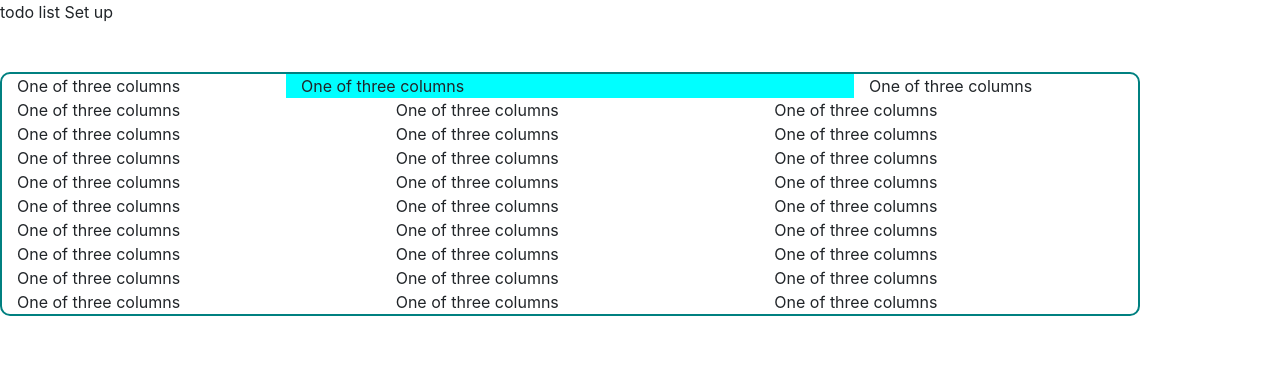
Repository: kkyler24/DayPlanner
Page: Index.html
The author's editor kept a copy of each file at every save. The page is drawn from the files as they stood at one save, then again after the next save.
The browser window is 1280 px wide. The pictures show the whole page.
Some web libraries are served in a nearby version.

Above is the page before, as saved 2020-03-25 18:56:53.

### Index.html
<!DOCTYPE html>
<html lang="en">
<head>
    <meta charset="UTF-8">
    <meta name="viewport" content="width=device-width, initial-scale=1.0">
    <script type="text/javascript" src="Assets/todoJS/Lib/jquery-3.4.1.min.js" ></script>
    <!-- Style Sheets -->
    <link rel="stylesheet" href="https://maxcdn.bootstrapcdn.com/bootstrap/4.0.0/css/bootstrap.min.css" integrity="sha384-Gn5384xqQ1aoWXA+058RXPxPg6fy4IWvTNh0E263XmFcJlSAwiGgFAW/dAiS6JXm" crossorigin="anonymous">
    <link rel="stylesheet" type="text/CSS" href="Assets/todocss/todostyles.css">
    <link rel="stylesheet"  type="text/CSS" href="style.css">
    <title>Planner</title>
</head>
<body>
<Main>
todo list Set up
<Div style="display: none">
<Section>
    <div id="ContainerTodo">
        <H1>Today's To-Do List</H1>
        <input type="text">
        <ul>
            <li><span>X</span> Go to Gym</li>
            <li><span>X</span> Finish H.W</li>
            <li><span>X</span> Take over the World</li>
        </ul>


         </div>
 <!-- calendar set up -->
    <div class="container col-sm-4 col-md-7 col-lg-4 mt-5">
        <div class="card">
            <h3 class="card-header" id="monthAndYear"></h3>
            <table class="table table-bordered table-responsive-md" id="calendar">
                <thead>
                <tr>
                    <th>Sun</th>
                    <th>Mon</th>
                    <th>Tue</th>
                    <th>Wed</th>
                    <th>Thu</th>
                    <th>Fri</th>
                    <th>Sat</th>
                </tr>
                </thead>

                <tbody id="calendar-body">

                </tbody>
            </table>

            <div class="form-inline">

                <button class="btn btn-outline-primary col-sm-6" id="previous" onclick="previous()">Previous</button>

                <button class="btn btn-outline-primary col-sm-6" id="next" onclick="next()">Next</button>
            </div>
            <br/>
            <form class="form-inline">
                <label class="lead mr-2 ml-2" for="month">Jump To: </label>
                <select class="form-control col-sm-4" name="month" id="month" onchange="jump()">
                    <option value=0>Jan</option>
                    <option value=1>Feb</option>
                    <option value=2>Mar</option>
                    <option value=3>Apr</option>
                    <option value=4>May</option>
                    <option value=5>Jun</option>
                    <option value=6>Jul</option>
                    <option value=7>Aug</option>
                    <option value=8>Sep</option>
                    <option value=9>Oct</option>
                    <option value=10>Nov</option>
                    <option value=11>Dec</option>
                </select>


                <label for="year"></label><select class="form-control col-sm-4" name="year" id="year" onchange="jump()">

                <option value=2020>2020</option>
                <option value=2021>2021</option>
                <option value=2022>2022</option>
                <option value=2023>2023</option>
                <option value=2024>2024</option>
                <option value=2025>2025</option>
                <option value=2026>2026</option>
                <option value=2027>2027</option>
                <option value=2028>2028</option>
                <option value=2029>2029</option>
                <option value=2030>2030</option>
                <option value=2030>2030</option>
                <option value=2030>2030</option>
                <option value=2030>2030</option>
                <option value=2030>2030</option>
            </select></form>
        </div>
    </div>
    <!--<button name="jump" onclick="jump()">Go</button>-->
</sectiontwo>
</Div>
<Div>
    <div class="container workday">
        <div id="time8am"class="row">
          <div class="col-3">
            One of three columns
          </div>
          <div class="col-6" style="background-color:aqua">
            One of three columns
          </div>
          <div class="col-3">
            One of three columns
          </div>
        </div>
        <div id="time9am" class="row">
            <div class="col-sm">
              One of three columns
            </div>
            <div class="col-sm">
              One of three columns
            </div>
            <div class="col-sm">
              One of three columns
            </div>
          </div>
          <div id="time10am" class="row">
            <div class="col-sm">
              One of three columns
            </div>
            <div class="col-sm">
              One of three columns
            </div>
            <div class="col-sm">
              One of three columns
            </div>
          </div>
          <div id="time11am" class="row">
            <div class="col-sm">
              One of three columns
            </div>
            <div class="col-sm">
              One of three columns
            </div>
            <div class="col-sm">
              One of three columns
            </div>
          </div>
          <div id="time12pm" class="row">
            <div class="col-sm">
              One of three columns
            </div>
            <div class="col-sm">
              One of three columns
            </div>
            <div class="col-sm">
              One of three columns
            </div>
          </div>
          <div id="time1pm" class="row">
            <div class="col-sm">
              One of three columns
            </div>
            <div class="col-sm">
              One of three columns
            </div>
            <div class="col-sm">
              One of three columns
            </div>
          </div>
          <div id="time2pm" class="row">
            <div class="col-sm">
              One of three columns
            </div>
            <div class="col-sm">
              One of three columns
            </div>
            <div class="col-sm">
              One of three columns
            </div>
          </div>
          <div id="time3pm" class="row">
            <div class="col-sm">
              One of three columns
            </div>
            <div class="col-sm">
              One of three columns
            </div>
            <div class="col-sm">
              One of three columns
            </div>
          </div>
          <div id="time4pm" class="row">
            <div class="col-sm">
              One of three columns
            </div>
            <div class="col-sm">
              One of three columns
            </div>
            <div class="col-sm">
              One of three columns
            </div>
          </div>
          <div id="time5pm" class="row">
            <div class="col-sm">
              One of three columns
            </div>
            <div class="col-sm">
              One of three columns
            </div>
            <div class="col-sm">
              One of three columns
            </div>
          </div>
      </div>

    </Div>

</Div>

</Main>
<script src="https://code.jquery.com/jquery-3.2.1.slim.min.js" integrity="sha384-KJ3o2DKtIkvYIK3UENzmM7KCkRr/rE9/Qpg6aAZGJwFDMVNA/GpGFF93hXpG5KkN" crossorigin="anonymous"></script>
<script src="https://cdnjs.cloudflare.com/ajax/libs/popper.js/1.12.9/umd/popper.min.js" integrity="sha384-ApNbgh9B+Y1QKtv3Rn7W3mgPxhU9K/ScQsAP7hUibX39j7fakFPskvXusvfa0b4Q" crossorigin="anonymous"></script>
<script src="https://maxcdn.bootstrapcdn.com/bootstrap/4.0.0/js/bootstrap.min.js" integrity="sha384-JZR6Spejh4U02d8jOt6vLEHfe/JQGiRRSQQxSfFWpi1MquVdAyjUar5+76PVCmYl" crossorigin="anonymous"></script>

<Script type="text/javascript" src="javascript.js"></Script>
<Script type="text/javascript" src="Assets/todo JS/todo.js"></Script>
</body>
</html>

### Assets/todocss/todostyles.css
#ContainerTodo{
  border: 2px solid teal ;
  border-radius:10px ;
  width: 400px;
  margin-top:3rem;
  margin-left:200px ;
  float: left;

}

### style.css
.container{
    margin-right: 150px;
    margin-top: 3rem;
    float: left;
    border: 2px solid teal;
    border-radius: 10px;
}

### javascript.js
let today = new Date();
let currentMonth = today.getMonth();
let currentYear = today.getFullYear();
let selectYear = document.getElementById("year");
let selectMonth = document.getElementById("month");


let months = ["January", "February", "March", "April", "May", "June", "July", "August", "September", "October", "November", "December"];

let monthAndYear = document.getElementById("monthAndYear");
showCalendar(currentMonth, currentYear);

function showCalendar(month, year){

    let firstDay =(new Date(year, month)).getDay();
    let daysInMonth = 32- new Date(year, month, 32).getDate();

    // -->body of the Calendar<--
    let tbl = document.getElementById("calendar-body");


// -->clear previous cells, for new month<--
    tbl.innerHTML="";

    monthAndYear.innerHTML= months[months]+" "+ year;

    // --> create cells for Calendar<--
    let date = 1;
    for(let i = 0; i < 6; i++){
        let row  = document.createElement("tr");
        // --> creating table rows. not really sure about the 6 part. inquire why you need a 6 and not a 7-->

        // creating indivdual cells, and putting data in them.

        for(let j = 0; j < 7; j++){
            if(i===0 && j< firstDay){
                let cell = document.createElement("td");
                let cellText = document.createTextNode("");
                cell.appendChild(cellText);
                row.appendChild(cell);
            }
            else if(date > daysInMonth)
             { break;

        }
        else {
            let cell = document.createElement("td");
            let cellText = document.createTextNode(date);
            if(date ===today.getDate() && year === today.getFullYear() && month === today.getMonth()){
                cell.classList.add
                // --> bootstrap colors, try to get a wider variety of colors <--
                ("bg-info");
            }
            cell.appendChild(cellText);
            row.appendChild(cell);


        }
        date++;

        }

        tbl.appendChild(row);

    }

}

function previous(){
    currentYear =( currentMonth === 0)? currentYear -1 : currentYear;
    currentMonth = currentMonth === 0? 11:currentMonth-1;
    showCalendar(currentMonth, currentYear);
}

function next(){
    currentYear = (currentMonth ===11)? currentYear + 1: currentYear;
    currentMonth = (currentMonth + 1) % 12;
    showCalendar (currentMonth, currentYear);

}
// To do list set up

### Assets/todo JS/todo.js
// check off to do list items and change colors for different stages// in progress<--
$("li").dblclick(function () {
        if($(this).css("color") === "rgb(11, 209, 170)"){
            $(this).css({
                color: "gray",
                textDecoration: "line-through"
            });
        }
        else{
            $(this).css({
            color: "rgb(11, 209, 170)",
            textDecoration: "none",
            fontWeight: "bold"
        });
    }
});

$("li").click(function () {
    // if Li is grey how do we change it back to black?
    if($(this).css("color") === "rgb(128, 128, 128)"){
        $(this).css({
            color: "black",
            textDecoration: "none"
        });
    }
    else{
        $(this).css({
        color: "gray",
        textDecoration: "line-through"
    });
}
});

Loaded but not shown: Assets/todo JS/Lib/jquery-3.4.1.min.js (library)

After the next save:
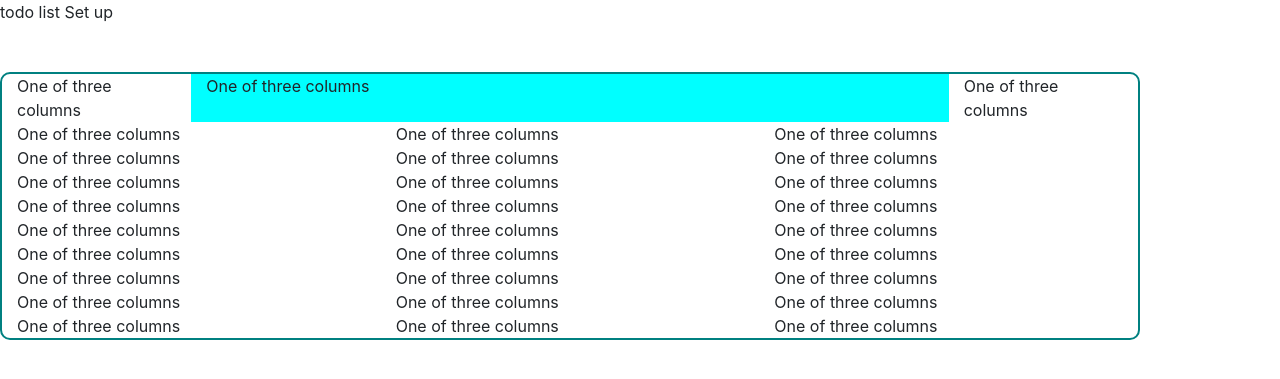
Saved 55 s later.
--- a/Index.html
+++ b/Index.html
@@ -99,13 +99,13 @@ todo list Set up
 <Div>
     <div class="container workday">
         <div id="time8am"class="row">
-          <div class="col-3">
+          <div class="col-2">
             One of three columns
           </div>
-          <div class="col-6" style="background-color:aqua">
+          <div class="col-8" style="background-color:aqua">
             One of three columns
           </div>
-          <div class="col-3">
+          <div class="col-2">
             One of three columns
           </div>
         </div>
